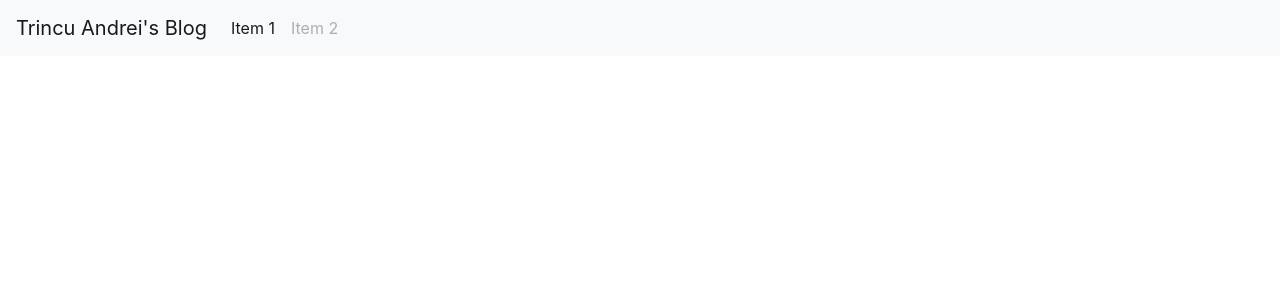
Repository: nicolasolo/bitesizecoding.space
Page: index.html
The author's editor kept a copy of each file at every save. The page is drawn from the files as they stood at one save, then again after the next save.
The browser window is 1280 px wide. The pictures show the whole page.

Above is the page before, as saved 2020-04-09 17:02:08.

### index.html
<!DOCTYPE html>
<html lang="en">
<head>
    <meta charset="UTF-8">
    <meta name="viewport" content="width=device-width, initial-scale=1.0">
    <title>Trincu-Andrei</title>
    <link rel="stylesheet" href="https://stackpath.bootstrapcdn.com/bootstrap/4.4.1/css/bootstrap.min.css" integrity="sha384-Vkoo8x4CGsO3+Hhxv8T/Q5PaXtkKtu6ug5TOeNV6gBiFeWPGFN9MuhOf23Q9Ifjh" crossorigin="anonymous">

    <link rel="stylesheet" href="css/index.css">
</head>
<body>
<header>
<nav class="navbar navbar-expand-lg navbar-light bg-light fixed-top">
    <a class="navbar-brand">Trincu Andrei's Blog</a>
    <button class="navbar-toggler" data-target="#my-nav" data-toggle="collapse" aria-controls="my-nav" aria-expanded="false" aria-label="Toggle navigation">
        <span class="navbar-toggler-icon"></span>
    </button>
    <div id="my-nav" class="collapse navbar-collapse">
        <ul class="navbar-nav mr-auto">
            <li class="nav-item active">
                <a class="nav-link" href="#">Item 1 <span class="sr-only">(current)</span></a>
            </li>
            <li class="nav-item">
                <a class="nav-link disabled" href="#" tabindex="-1" aria-disabled="true">Item 2</a>
            </li>
        </ul>
    </div>
</nav>

</header>
<main>
<div class="container-fluid">
    <div class="row">
<div class="col-4">
    card
</div>
<div class="col-4"></div>
<div class="col-4"></div>
    </div>

</div>
</main>




<script src="https://code.jquery.com/jquery-3.4.1.slim.min.js" integrity="sha384-J6qa4849blE2+poT4WnyKhv5vZF5SrPo0iEjwBvKU7imGFAV0wwj1yYfoRSJoZ+n" crossorigin="anonymous"></script>
<script src="https://cdn.jsdelivr.net/npm/popper.js@1.16.0/dist/umd/popper.min.js" integrity="sha384-Q6E9RHvbIyZFJoft+2mJbHaEWldlvI9IOYy5n3zV9zzTtmI3UksdQRVvoxMfooAo" crossorigin="anonymous"></script>
<script src="https://stackpath.bootstrapcdn.com/bootstrap/4.4.1/js/bootstrap.min.js" integrity="sha384-wfSDF2E50Y2D1uUdj0O3uMBJnjuUD4Ih7YwaYd1iqfktj0Uod8GCExl3Og8ifwB6" crossorigin="anonymous"></script>
    <script src="./js/custom.js"></script>
</body>
</html>

Loaded but not shown: css/index.css (no stored copy; drawn as an empty file); js/custom.js (no stored copy; drawn as an empty file)

After the next save:
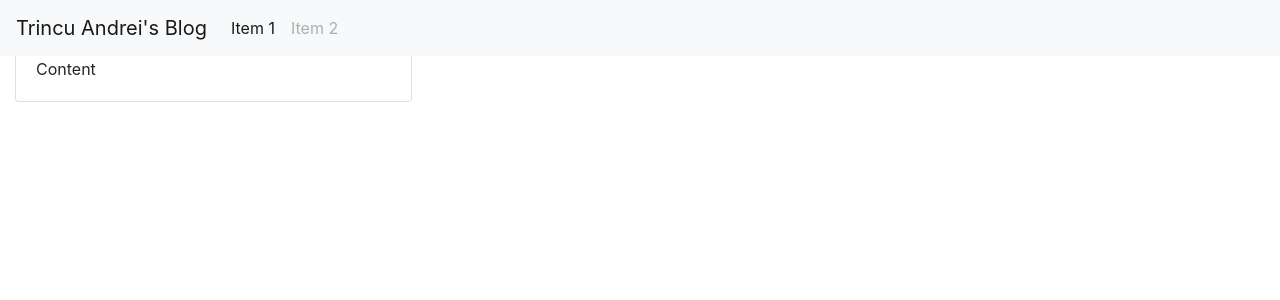
Saved 10 s later.
--- a/index.html
+++ b/index.html
@@ -32,7 +32,14 @@
 <div class="container-fluid">
     <div class="row">
 <div class="col-4">
-    card
+    <div class="card">
+        <img class="card-img-top" src="" alt="">
+        <div class="card-body">
+            <h5 class="card-title">Title</h5>
+            <p class="card-text">Content</p>
+        </div>
+        <img class="card-img-bottom" src="" alt="">
+    </div>
 </div>
 <div class="col-4"></div>
 <div class="col-4"></div>
